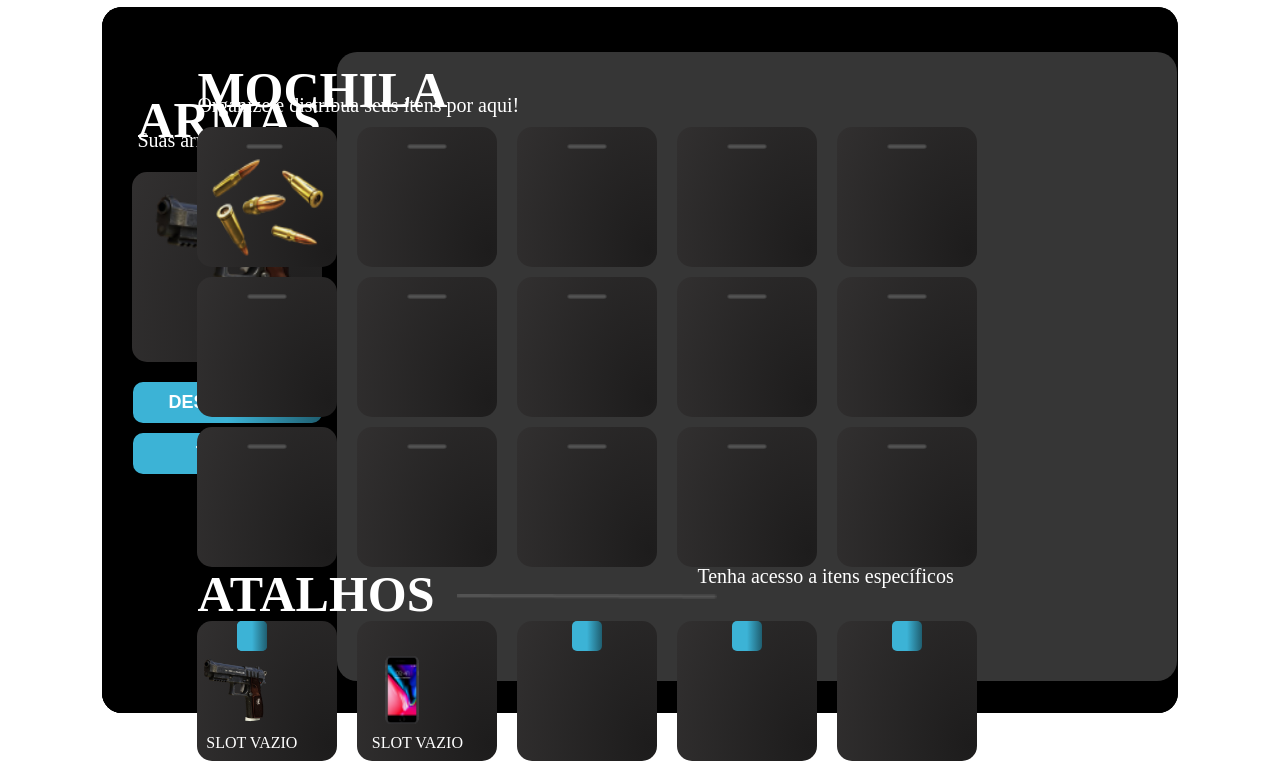
Repository: DuMCorrea/Mochila
Page: index.html
The author's editor kept a copy of each file at every save. The page is drawn from the files as they stood at one save, then again after the next save.
The browser window is 1280 px wide. The pictures show the whole page.
Some web fonts or font styles are not loaded; a fallback is used.

Above is the page before, as saved 2024-09-03 10:49:37.

After the next save:
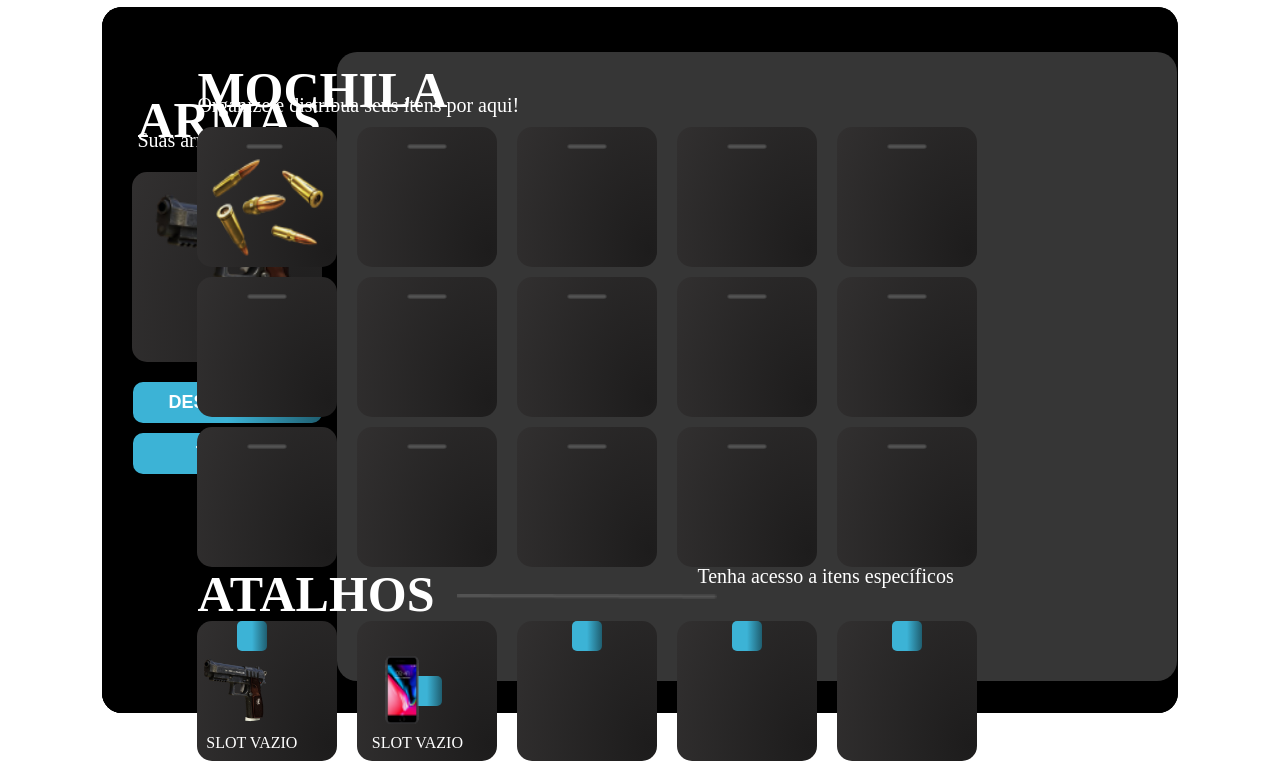
Saved 9 s later.
--- a/styles.css
+++ b/styles.css
@@ -327,6 +327,5 @@ body, html {
     background: linear-gradient(90deg, #3CB3D6 49.9%, #1F5E70 100%); /* Cor de fundo conforme especificado */
     border-radius: 5px; /* Bordas levemente arredondadas, se desejar */
     position: absolute;
-    bottom: 110px;
-    left: 50px;
-}
+
+}
